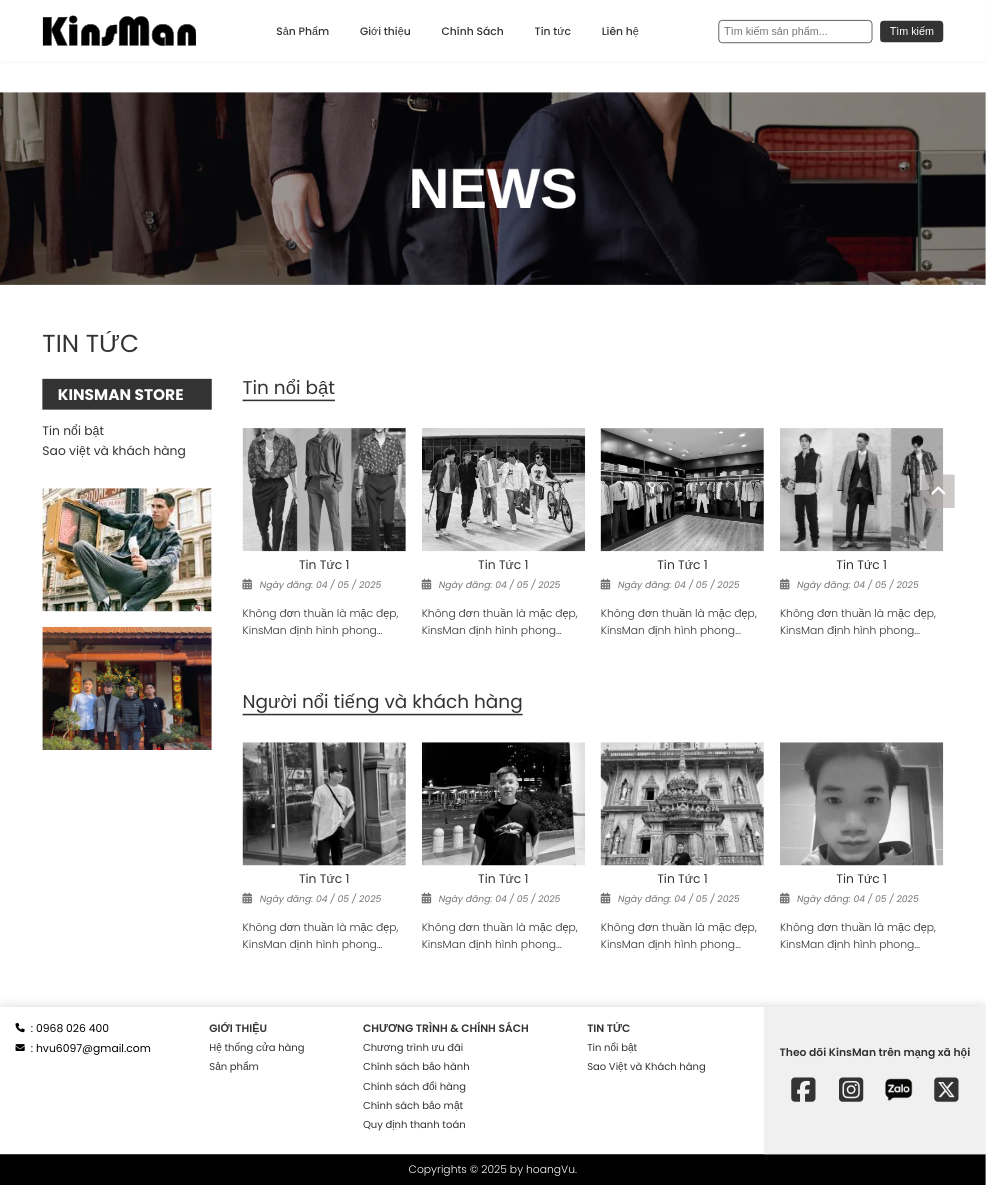
Repository: hoang28092000/kinsmanClothes
Page: category/news.html
An editor plug-in stored every save of this project. The page is shown before and after the next save, followed by the edit.
The browser window is 1280 px wide. The pictures show the whole page, at 77% of full size.

Above is the page before, as saved 2025-05-08 13:16:28.
Console error: TypeError: Cannot read properties of null (reading 'addEventListener')

### category/news.html
<!DOCTYPE html>
<html lang="en">
  <head>
    <meta charset="UTF-8" />
    <meta name="viewport" content="width=device-width, initial-scale=1.0" />
    <link rel="preconnect" href="https://fonts.googleapis.com" />
    <link rel="preconnect" href="https://fonts.gstatic.com" crossorigin />
    <link
      href="https://fonts.googleapis.com/css2?family=Poppins:ital,wght@0,100;0,200;0,300;0,400;0,500;0,600;0,700;0,800;0,900;1,100;1,200;1,300;1,400;1,500;1,600;1,700;1,800;1,900&display=swap"
      rel="stylesheet"
    />
    <link
      rel="stylesheet"
      href="https://cdnjs.cloudflare.com/ajax/libs/font-awesome/6.7.2/css/all.min.css"
      integrity="sha512-Evv84Mr4kqVGRNSgIGL/F/aIDqQb7xQ2vcrdIwxfjThSH8CSR7PBEakCr51Ck+w+/U6swU2Im1vVX0SVk9ABhg=="
      crossorigin="anonymous"
      referrerpolicy="no-referrer"
    />
    <link rel="stylesheet" href="../css/reset.css" />
    <link rel="stylesheet" href="../css/main.css" />
    <link rel="stylesheet" href="../css/product.css" />
    <title>KinsMan-Policy</title>
  </head>
  <body>
    <header class="header">
      <div class="container">
        <div class="content-header">
          <div class="logo">
            <a href="../index.html">
              <img
                src="../asset/logo/logo-kinsmann.svg"
                alt="KinsManClothes Logo"
              />
            </a>
          </div>
          <nav class="nav">
            <ul>
              <li><a href="./product.html">Sản Phẩm</a></li>
              <li><a href="./about-us.html">Giới thiệu</a></li>
              <li><a href="#">Chính Sách</a></li>
              <li><a href="./news.html">Tin tức</a></li>
              <li><a href="./contact.html">Liên hệ</a></li>
            </ul>
          </nav>
          <div class="search-box">
            <input type="text" placeholder="Tìm kiếm sản phẩm..." />
            <button type="submit">Tìm kiếm</button>
          </div>
        </div>
      </div>
    </header>

    <main class="main-news">
      <div class="banner-news">
        <img src="../asset/banner/banner-9.png" alt="" />
      </div>
      <div class="container">
        <h2 class="title-heading title-contact">TIN TỨC</h2>
        <div class="content-news">
          <div class="left">
            <h4>KINSMAN STORE</h4>
            <p>
              <a href="#featured-news">Tin nổi bật</a>
            </p>
            <p>
              <a href="#client">Sao việt và khách hàng</a>
            </p>
           <div class="mt40px">
            <div class="banner-left">
                <img src="../asset/image/md-1.jpg" alt="">
            </div>
            <div class="banner-left">
                <img src="../asset/image/md-2.jpg" alt="">
            </div>
           </div>
          </div>
          <div class="right">
            <div class="body-news" id="featured-news">
              <h3 class="blog-heading">Tin nổi bật</h3>
              <div class="list-news">
                <article class="card-news">
                  <a href="">
                    <div class="img-news">
                        <img src="../asset/image/news-4.png" alt="" />
                    </div>
                    <h3 class="name-news"><a href="">
                        Tin Tức 1
                    </a></h3>
                  </a>
                  <div class="desc">
                    <div class="time-up">
                      <i class="fa-solid fa-calendar-days icon-time"></i>
                      <p class="desc-time">
                        Ngày đăng: 04 / 05 / 2025
                      </p>
                    </div>
                    <p class="desc_card-news">
                        Không đơn thuần là mặc đẹp, KinsMan định hình phong cách mới cho nam giới hiện đại: trẻ trung, khỏe khoắn và luôn sẵn sàng bứt phá. Từ áo thun basic đến sơ mi phối phá cách, mọi thiết kế đều hướng tới sự năng động trong từng chi tiết. Đặc biệt phù hợp với những chàng trai thích sự đơn giản nhưng vẫn “ăn điểm” trước đám đông.
                    </p>
                  </div>
                </article>
                <article class="card-news">
                  <a href="">
                    <div class="img-news">
                        <img src="../asset/image/news-2.webp" alt="" />
                    </div>
                    <h3 class="name-news"><a href="">
                        Tin Tức 1
                    </a></h3>
                  </a>
                  <div class="desc">
                    <div class="time-up">
                      <i class="fa-solid fa-calendar-days icon-time"></i>
                      <p class="desc-time">
                        Ngày đăng: 04 / 05 / 2025
                      </p>
                    </div>
                    <p class="desc_card-news">
                        Không đơn thuần là mặc đẹp, KinsMan định hình phong cách mới cho nam giới hiện đại: trẻ trung, khỏe khoắn và luôn sẵn sàng bứt phá. Từ áo thun basic đến sơ mi phối phá cách, mọi thiết kế đều hướng tới sự năng động trong từng chi tiết. Đặc biệt phù hợp với những chàng trai thích sự đơn giản nhưng vẫn “ăn điểm” trước đám đông.
                    </p>
                  </div>
                </article>
                <article class="card-news">
                  <a href="">
                    <div class="img-news">
                        <img src="../asset/image/news-3.jpg" alt="" />
                    </div>
                    <h3 class="name-news"><a href="">
                        Tin Tức 1
                    </a></h3>
                  </a>
                  <div class="desc">
                    <div class="time-up">
                      <i class="fa-solid fa-calendar-days icon-time"></i>
                      <p class="desc-time">
                        Ngày đăng: 04 / 05 / 2025
                      </p>
                    </div>
                    <p class="desc_card-news">
                        Không đơn thuần là mặc đẹp, KinsMan định hình phong cách mới cho nam giới hiện đại: trẻ trung, khỏe khoắn và luôn sẵn sàng bứt phá. Từ áo thun basic đến sơ mi phối phá cách, mọi thiết kế đều hướng tới sự năng động trong từng chi tiết. Đặc biệt phù hợp với những chàng trai thích sự đơn giản nhưng vẫn “ăn điểm” trước đám đông.
                    </p>
                  </div>
                </article>
                <article class="card-news">
                  <a href="">
                    <div class="img-news">
                        <img src="../asset/image/news-1.jpeg" alt="" />
                    </div>
                    <h3 class="name-news"><a href="">
                        Tin Tức 1
                    </a></h3>
                  </a>
                  <div class="desc">
                    <div class="time-up">
                      <i class="fa-solid fa-calendar-days icon-time"></i>
                      <p class="desc-time">
                        Ngày đăng: 04 / 05 / 2025
                      </p>
                    </div>
                    <p class="desc_card-news">
                        Không đơn thuần là mặc đẹp, KinsMan định hình phong cách mới cho nam giới hiện đại: trẻ trung, khỏe khoắn và luôn sẵn sàng bứt phá. Từ áo thun basic đến sơ mi phối phá cách, mọi thiết kế đều hướng tới sự năng động trong từng chi tiết. Đặc biệt phù hợp với những chàng trai thích sự đơn giản nhưng vẫn “ăn điểm” trước đám đông.
                    </p>
                  </div>
                </article>


              </div>
            </div>
            <div class="body-news" id="client">
              <h3 class="blog-heading">Người nổi tiếng và khách hàng</h3>
              <div class="list-news">
                <article class="card-news">
                  <a href="">
                    <div class="img-news">
                        <img src="../asset/image/celep-1.jpg" alt="" />
                    </div>
                    <h3 class="name-news"><a href="">
                        Tin Tức 1
                    </a></h3>
                  </a>
                  <div class="desc">
                    <div class="time-up">
                      <i class="fa-solid fa-calendar-days icon-time"></i>
                      <p class="desc-time">
                        Ngày đăng: 04 / 05 / 2025
                      </p>
                    </div>
                    <p class="desc_card-news">
                        Không đơn thuần là mặc đẹp, KinsMan định hình phong cách mới cho nam giới hiện đại: trẻ trung, khỏe khoắn và luôn sẵn sàng bứt phá. Từ áo thun basic đến sơ mi phối phá cách, mọi thiết kế đều hướng tới sự năng động trong từng chi tiết. Đặc biệt phù hợp với những chàng trai thích sự đơn giản nhưng vẫn “ăn điểm” trước đám đông.
                    </p>
                  </div>
                </article>
                <article class="card-news">
                  <a href="">
                    <div class="img-news">
                        <img src="../asset/image/celep-3.jpg" alt="" />
                    </div>
                    <h3 class="name-news"><a href="">
                        Tin Tức 1
                    </a></h3>
                  </a>
                  <div class="desc">
                    <div class="time-up">
                      <i class="fa-solid fa-calendar-days icon-time"></i>
                      <p class="desc-time">
                        Ngày đăng: 04 / 05 / 2025
                      </p>
                    </div>
                    <p class="desc_card-news">
                        Không đơn thuần là mặc đẹp, KinsMan định hình phong cách mới cho nam giới hiện đại: trẻ trung, khỏe khoắn và luôn sẵn sàng bứt phá. Từ áo thun basic đến sơ mi phối phá cách, mọi thiết kế đều hướng tới sự năng động trong từng chi tiết. Đặc biệt phù hợp với những chàng trai thích sự đơn giản nhưng vẫn “ăn điểm” trước đám đông.
                    </p>
                  </div>
                </article>
                <article class="card-news">
                  <a href="">
                    <div class="img-news">
                        <img src="../asset/image/celep-5.jpg" alt="" />
                    </div>
                    <h3 class="name-news"><a href="">
                        Tin Tức 1
                    </a></h3>
                  </a>
                  <div class="desc">
                    <div class="time-up">
                      <i class="fa-solid fa-calendar-days icon-time"></i>
                      <p class="desc-time">
                        Ngày đăng: 04 / 05 / 2025
                      </p>
                    </div>
                    <p class="desc_card-news">
                        Không đơn thuần là mặc đẹp, KinsMan định hình phong cách mới cho nam giới hiện đại: trẻ trung, khỏe khoắn và luôn sẵn sàng bứt phá. Từ áo thun basic đến sơ mi phối phá cách, mọi thiết kế đều hướng tới sự năng động trong từng chi tiết. Đặc biệt phù hợp với những chàng trai thích sự đơn giản nhưng vẫn “ăn điểm” trước đám đông.
                    </p>
                  </div>
                </article>
                <article class="card-news">
                  <a href="">
                    <div class="img-news">
                        <img src="../asset/image/celep-7.jpg" alt="" />
                    </div>
                    <h3 class="name-news"><a href="">
                        Tin Tức 1
                    </a></h3>
                  </a>
                  <div class="desc">
                    <div class="time-up">
                      <i class="fa-solid fa-calendar-days icon-time"></i>
                      <p class="desc-time">
                        Ngày đăng: 04 / 05 / 2025
                      </p>
                    </div>
                    <p class="desc_card-news">
                        Không đơn thuần là mặc đẹp, KinsMan định hình phong cách mới cho nam giới hiện đại: trẻ trung, khỏe khoắn và luôn sẵn sàng bứt phá. Từ áo thun basic đến sơ mi phối phá cách, mọi thiết kế đều hướng tới sự năng động trong từng chi tiết. Đặc biệt phù hợp với những chàng trai thích sự đơn giản nhưng vẫn “ăn điểm” trước đám đông.
                    </p>
                  </div>
                </article>


              </div>
            </div>
          </div>
        </div>
      </div>
    </main>
    <footer class="footer">
      <div class="content-footer">
        <ul class="info-footer">
          <li class="contact-footer">
            <i class="fa-solid fa-phone icon-footer"></i>
            <p>: 0968 026 400</p>
          </li>
          <li class="contact-footer">
            <i class="fa-solid fa-envelope icon-footer"></i>
            <p>: hvu6097@gmail.com</p>
          </li>
        </ul>
        <ul class="info-footer">
          <li class="title-footer">GIỚI THIỆU</li>
          <li>
            <a href="./about-us.html"> Hệ thống cửa hàng </a>
          </li>
          <li>
            <a href="#"> Sản phẩm </a>
          </li>
        </ul>
        <ul class="info-footer">
          <li class="title-footer">CHƯƠNG TRÌNH & CHÍNH SÁCH</li>
          <li>
            <a href="./policy.html">Chương trình ưu đãi</a>
          </li>
          <li>
            <a href="./policy.html">Chính sách bảo hành</a>
          </li>
          <li>
            <a href="./policy.html">Chính sách đổi hàng</a>
          </li>
          <li>
            <a href="./policy.html">Chính sách bảo mật</a>
          </li>
          <li>
            <a href="./policy.html">Quy định thanh toán</a>
          </li>
        </ul>
        <ul class="info-footer">
          <li class="title-footer">TIN TỨC</li>
          <li>
            <a href="./news.html">Tin nổi bật</a>
          </li>
          <li>
            <a href="./news.html">Sao Việt và Khách hàng</a>
          </li>
        </ul>
        <ul class="footer-social">
          <li class="title-footer">Theo dõi KinsMan trên mạng xã hội</li>
          <li class="links-social">
            <a href="https://www.facebook.com/profile.php?id=100008725181742">
              <i class="fa-brands fa-square-facebook icon-social"></i>
            </a>
            <a href="https://www.instagram.com/hoagkins/"
              ><i class="fa-brands fa-square-instagram icon-social"></i
            ></a>
            <a href="zalo.me/0968026400"
              ><img
                src="../asset/icon/icon-zalo2.png"
                class="img-zalo"
                alt="ZALO"
            /></a>
            <a href="https://x.com/kinsman2809"
              ><i class="fa-brands fa-square-x-twitter icon-social"></i
            ></a>
          </li>
        </ul>
      </div>
      <div class="copy_right">
        <h3>Copyrights © 2025 by hoangVu.</h3>
      </div>
    </footer>

    <div class="up-page">
      <a href="#"><i class="fa-solid fa-angle-up icon-up"></i></a>
    </div>

    <script src="./js/main.js"></script>
  </body>
</html>

### css/product.css
.main-product {
  margin-top: 80px;
}
.banner-product {
  width: 100%;
  height: 250px;
}
.banner-product img {
  width: 100%;
  height: 100%;
}
.category-product {
  margin-bottom: 70px;
}

.list-product {
  display: flex;
  justify-content: space-between;
  align-items: center;
  gap: 30px;
}
.product-link {
  text-decoration: none;
}
.product-card {
  width: 288px;
}
.img-product {
  width: 100%;
  height: 290px;
  overflow: hidden;
}
.img-product img {
  width: 100%;
  height: 100%;
  transition: transform 0.3s ease;
}
.img-product img:hover {
  transform: scale(1.1);
}
.info-card {
  padding: 10px 20px;
}
.info-card h3 {
  text-align: center;
  font-size: 1.6rem;
  color: var(--text-color);
}
.price {
  font-size: 1.4rem;
  color: var(--primary-color);
  font-weight: 600;
  text-align: center;
  margin-top: 8px;
}
.more-product {
  width: 160px;
  height: 40px;
  display: flex;
  justify-content: center;
  align-items: center;
  margin: 30px auto 0;
  background-color: #333;
  color: #fff;
  text-decoration: none;
  font-size: 1.4rem;
  border: 1px solid #333;
  transition: all 0.7s ease;
  border-radius: 5px;
}
.more-product:hover {
  background-color: #fff;
  color: #333;
}
.banner-main_second {
  width: 100%;
  height: 250px;
}

.banner-main_second img {
  width: 100%;
  height: 100%;
}

/* main_about-us */
.main-news,
.main-contact,
.main-policy,
.main_about-us {
  margin-top: 120px;
}
.content-policy .passage,
.content_about-us .passage {
  margin-bottom: 32px;
}
.content-policy h3,
.content_about-us h3 {
  font-size: 1.8rem;
  font-weight: 500;
  color: var(--text-color);
  line-height: 1.76;
  margin-bottom: 12px;
}
.content-policy p,
.content_about-us p {
  font-size: 1.6rem;
  color: #333;
  line-height: 1.85;
  margin-bottom: 10px;
  text-align: justify;
}

.map {
  position: relative;
  width: 100%;
  height: 400px;
  margin-top: 40px;
}
.map a {
  text-decoration: none;
}
.map img {
  width: 100%;
  height: 100%;
  object-fit: cover;
}
.overlay-map {
  position: absolute;
  top: 0;
  bottom: 0;
  right: 0;
  left: 0;
  display: none;
  background-color: rgba(73, 71, 71, 0.4);
}
.overlay-map h3 {
  font-size: 2.8rem;
  color: #fff;
}

.map:hover .overlay-map {
  display: flex;
  justify-content: center;
  align-items: center;
}

/* policy */
.content-policy ul {
  padding-left: 30px;
  list-style-type: disc;
}
.content-policy li {
  font-size: 1.6rem;
  color: #333;
  margin-bottom: 16px;
}
/* contact */
.banner-contact {
  width: 100%;
  height: 250px;
}
.banner-contact img {
  width: 100%;
  height: 100%;
  object-fit: cover;
}
.content-contact {
  margin-top: 70px;
}
.info-contact {
  display: flex;
  justify-content: space-between;
  align-items: center;
  gap: 60px;
}
.info-contact .left,
.info-contact .right {
  width: 550px;
}
.info-contact .left {
  padding: 20px 0;
}
.item-contact {
  display: flex;
  align-items: center;
  gap: 10px;
  margin-bottom: 20px;
}
.item-contact:last-child {
  margin-bottom: 0;
}
.item-contact i {
  font-size: 1.6rem;
  color: #333;
}
.item-contact p {
  font-size: 1.6rem;
  font-weight: 300;
  color: #333;
}

.info-contact .right img {
  width: 100%;
}
.map-contact {
  height: 250px;
}
.title-contact {
  text-align: start;
  margin-bottom: 30px;
}

/* news */
.banner-news {
  width: 100%;
  height: 250px;
  margin-bottom: 60px;
}
.banner-news img {
  width: 100%;
  height: 100%;
  object-fit: cover;
}
.content-news {
  display: flex;
  justify-content: space-between;
}
.content-news .left {
  width: 220px;
}

.content-news .left h4 {
  width: 100%;
  font-size: 2rem;
  color: #fff;
  font-weight: 700;
  background-color: #333;
  padding: 10px 20px;
  margin-bottom: 20px;
}

.content-news .left p{
  margin-bottom: 10px;
}
.content-news .left a {
  text-decoration: none;
  font-size: 1.6rem;
  color: #333;
}
.content-news .left a:hover {
  text-decoration: underline;
}

.content-news .right {
  flex: 1;
  margin-left: 40px;
}
.blog-heading {
  font-size: 2.4rem;
  color: #333;
  text-decoration: underline;
  text-underline-offset: 7px;
  text-decoration-thickness: 2px;
  margin-bottom: 40px;
}
.list-news {
  display: grid;
  grid-template-columns: repeat(4, 212px);
  gap: 20px;
}
.list-news .card-news {
  width: 100%;
}

.list-news .img-news {
  width: 100%;
  height: 160px;
  overflow: hidden;
}
.list-news .img-news img {
  width: 100%;
  height: 100%;
  object-fit: cover;
  transition: transform 0.3s ease;
}
.list-news .img-news img:hover {
  transform: scale(1.1);
}
.name-news {
  text-align: center;
  padding: 10px;
}
.name-news a {
  font-size: 1.6rem;
  color: #333;
  text-decoration: none;
}

.name-news a:hover {
  color: var(--primary-color);
}
.time-up {
  display: flex;
  align-items: center;
  gap: 10px;
  margin-bottom: 20px;
}
.icon-time {
  font-size: 1.4rem;
  color: #757272;
}
.desc-time {
  font-style: italic;
  color: #757272;
  font-size: 1.2rem;
}
.desc_card-news {
  display: -webkit-box;
  -webkit-line-clamp: 2;
  -webkit-box-orient: vertical;
  overflow: hidden;
  text-overflow: ellipsis;
  font-size: 1.4rem;
  color: #333;
  font-weight: 300;
  line-height: 1.57;
}

#client{
  margin-top: 70px;
}
.content-news .banner-left{
  width: 100%;
  height: 160px;
  overflow: hidden;
  margin-bottom: 20px;
}

.content-news .banner-left img{
  width: 100%;
  height: 100%;
  object-fit: cover;
  transition: transform 0.3s ease;
}
.content-news .banner-left img:hover{
  transform: scale(1.1);
}
.mt40px{
  margin-top: 40px;
}

Loaded but not shown: css/reset.css (common file); js/main.js (19 lines, source omitted); css/main.css (480 lines, source omitted)

After the next save:
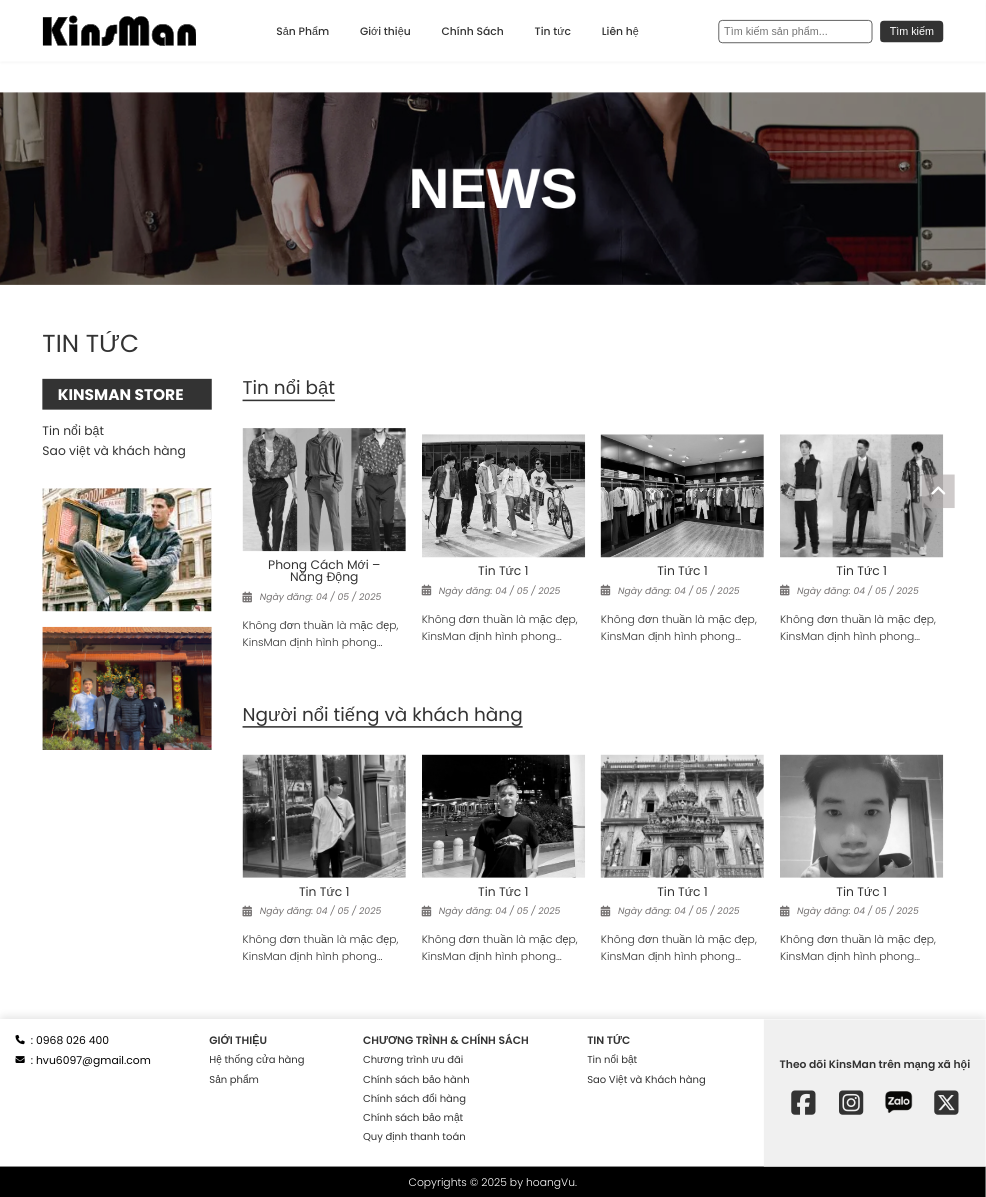
Saved 94 min 59 s later.
--- a/category/news.html
+++ b/category/news.html
@@ -84,7 +84,7 @@
                         <img src="../asset/image/news-4.png" alt="" />
                     </div>
                     <h3 class="name-news"><a href="">
-                        Tin Tức 1
+                        Phong Cách Mới – Năng Động
                     </a></h3>
                   </a>
                   <div class="desc">
